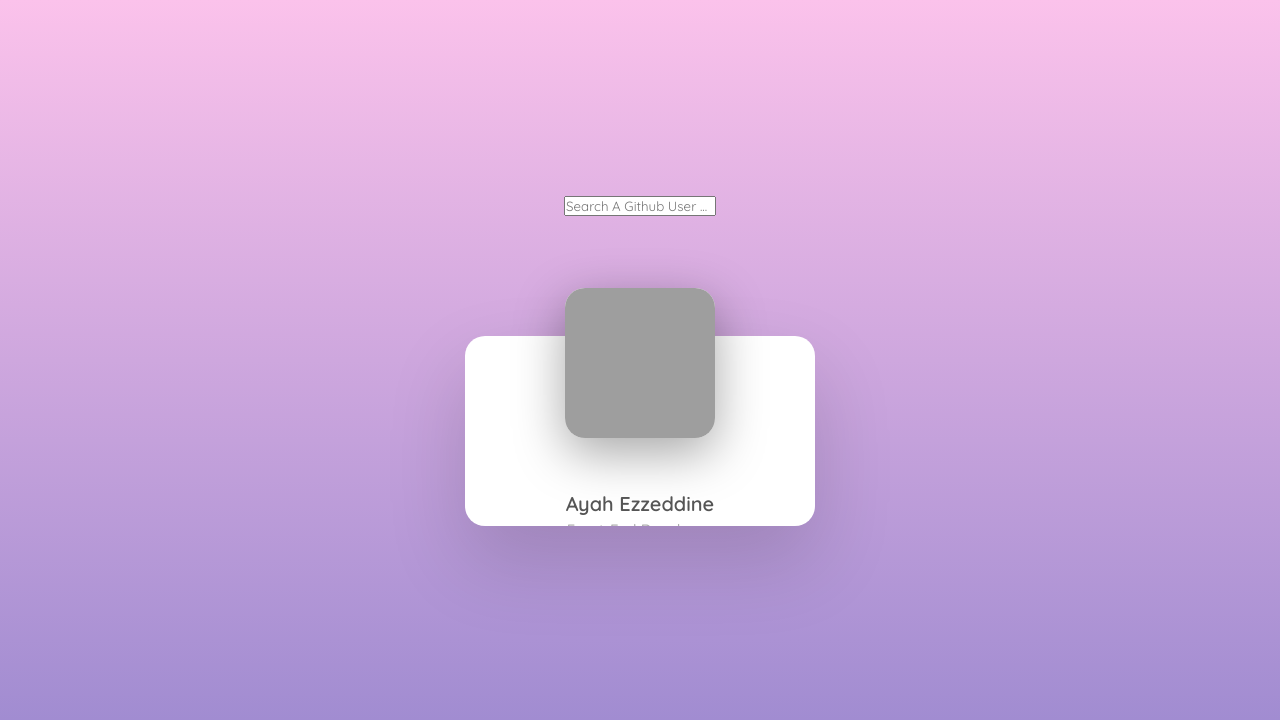
Repository: ayah1996/Github-Profiles
Page: index.html
These files come from the project's save history. The page is drawn as it stood at one moment and after the next save; the edit follows.
The browser window is 1280 px wide. The pictures show the whole page.
Pictures or frames that could not be fetched are drawn as grey boxes. The page's requests for data from a server got no answer.

Above is the page before, as saved 2023-01-26 14:39:14.

### index.html
<!DOCTYPE html>
<html lang="en">
  <head>
    <meta charset="UTF-8" />
    <meta http-equiv="X-UA-Compatible" content="IE=edge" />
    <meta name="viewport" content="width=device-width, initial-scale=1.0" />
    <link rel="stylesheet" href="style.css" />
    <script src="script.js" defer></script>
    <title>Github Profile</title>
  </head>
  <body>
    <main id="main">
      <form id="form">
        <input type="text" id="search" placeholder="Search A Github User ..." />
      </form>
      <div class="card">
        <div class="imgBox">
          <img src="unnamed.jpg" alt="profile Image" />
        </div>
        <div class="content">
          <div class="details">
            <h2>Ayah Ezzeddine <br /><span> Front-End Developer </span></h2>
            <div class="data">
              <h3>342<br /><span>Followers</span></h3>
              <h3>342<br /><span>Following</span></h3>
              <h3>100<br /><span>Repos</span></h3>
            </div>
          </div>
        </div>
      </div>
    </main>
  </body>
</html>

### style.css
@import url("https://fonts.googleapis.com/css2?family=Quicksand:wght@400;500;600;700&display=swap");

* {
  margin: 0;
  padding: 0;
  box-sizing: border-box;
  font-family: "Quicksand", sans-serif;
}

body {
  margin: 0;
}

#main {
  display: flex;
  justify-content: center;
  flex-direction: column;
  align-items: center;
  min-height: 100vh;
  background-image: linear-gradient(to top, #a18cd1 0%, #fbc2eb 100%);
}
#form {
  margin-bottom: 120px;
}

.card {
  position: relative;
  width: 350px;
  height: 190px;
  /* height: 450px; */
  background-color: #fff;
  border-radius: 20px;
  box-shadow: 0 35px 80px rgba(0, 0, 0, 0.15);
  transition: 0.5s;
}

.card:hover {
  height: 450px;
}

.imgBox {
  position: absolute;
  left: 50%;
  top: -25%;
  transform: translateX(-50%);
  width: 150px;
  height: 150px;
  background-color: #fff;
  border-radius: 20px;
  box-shadow: 0 15px 50px rgba(0, 0, 0, 0.35);
  overflow: hidden;
  transition: 0.5s;
}
.card:hover .imgBox {
  width: 250px;
  height: 250px;
}
.imgBox img {
  position: absolute;
  top: 0;
  left: 0;
  width: 100%;
  height: 100%;
  -o-object-fit: cover;
  object-fit: cover;
}

.card .content {
  position: absolute;
  width: 100%;
  height: 100%;
  display: flex;
  justify-content: center;
  align-items: flex-end;
  overflow: hidden;
}

.card .details {
  width: 100%;
  padding: 40px;
  text-align: center;
  transition: 0.5s;
  transform: translateY(135px);
}

.card:hover .details {
  transform: translateY(0px);
}
.card .details h2 {
  font-size: 1.25em;
  font-weight: 600;
  color: #555;
  line-height: 1.2em;
}

.card .details h2 span {
  font-size: 0.75em;
  font-weight: 500;
  opacity: 0.5;
}

.card .details .data {
  display: flex;
  justify-content: space-between;
  margin: 20px 0;
}

.card .details .data h3 {
  font-size: 1em;
  color: #555;
  line-height: 1.2em;
  font-weight: 600;
}
.card .details .data h3 span {
  font-size: 0.85em;
  font-weight: 400;
  opacity: 0.5;
}

### script.js
const APIURL = "https://api.github.com/users/";

const main = document.getElementById("main");
const form = document.getElementById("form");
const search = document.getElementById("search");

getUser("ayah1996");

async function getUser(username) {
  const response = await fetch(APIURL + username);
  const data = await response.json();

  createUserCard(data);
  getRepos(username);
}

async function getRepos(username) {
  const response = await fetch(APIURL + username + "/repos");
  const data = await response.json();

  addReposToCard(data);
}

function createUserCard(user) {
  const cardHTML = ``;
}

After the next save:
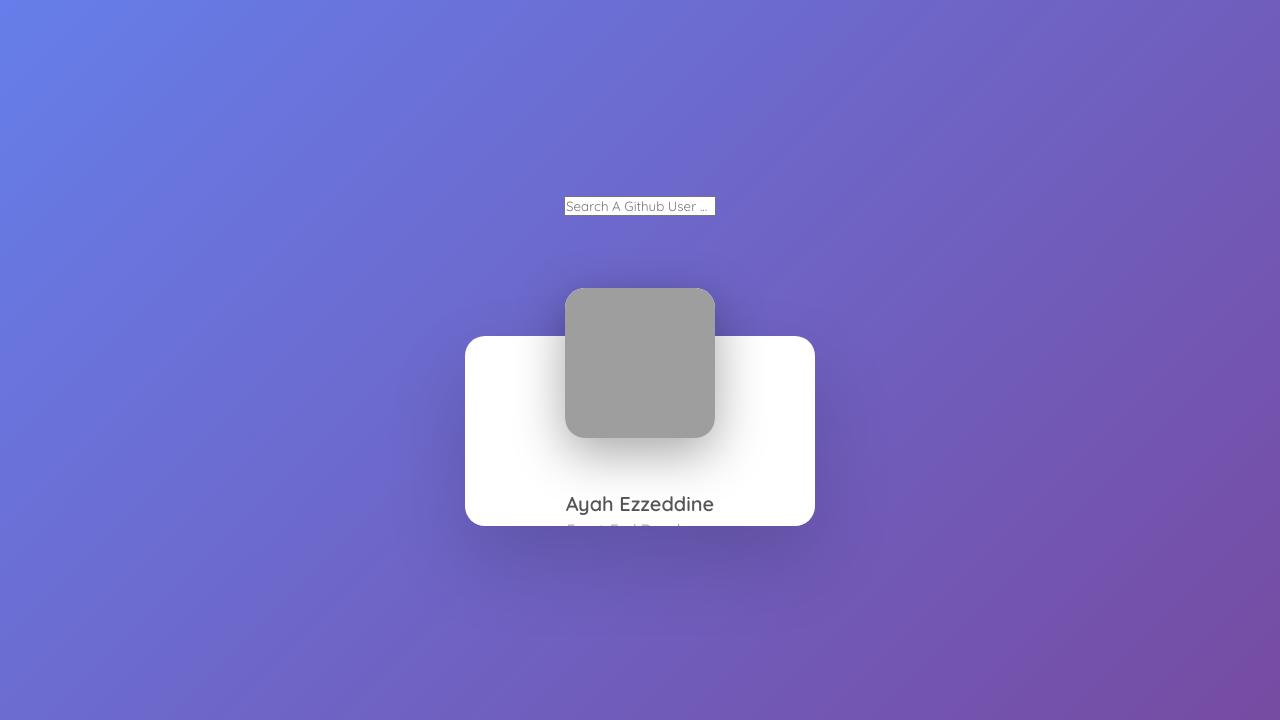
Saved 29 s later.
--- a/style.css
+++ b/style.css
@@ -17,7 +17,7 @@ body {
   flex-direction: column;
   align-items: center;
   min-height: 100vh;
-  background-image: linear-gradient(to top, #a18cd1 0%, #fbc2eb 100%);
+  background-image: linear-gradient(135deg, #667eea 0%, #764ba2 100%);
 }
 #form {
   margin-bottom: 120px;
